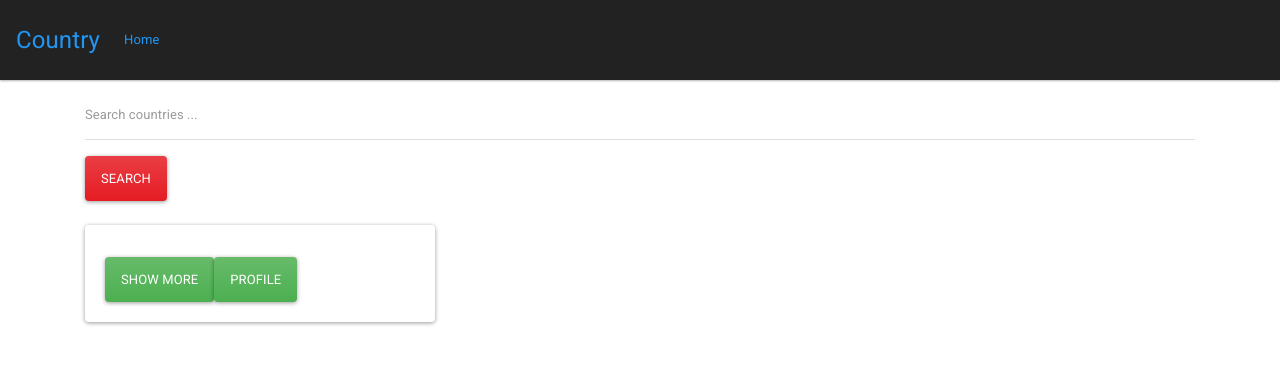
Repository: abdelhak-f/Countries_React
Page: / (app in client/)
These files come from the project's save history. The page is drawn as it stood at one moment and after the next save; the edit follows.
The browser window is 1280 px wide. The pictures show the whole page.
The page's requests for data from a server got no answer. The project was rebuilt for these pictures with package versions that can differ from the ones it lists, and the page was loaded fresh each time. No one was signed in, and anything a server would have sent is missing.

Above is the page before, as saved 2021-05-06 12:07:03.

After the next save:
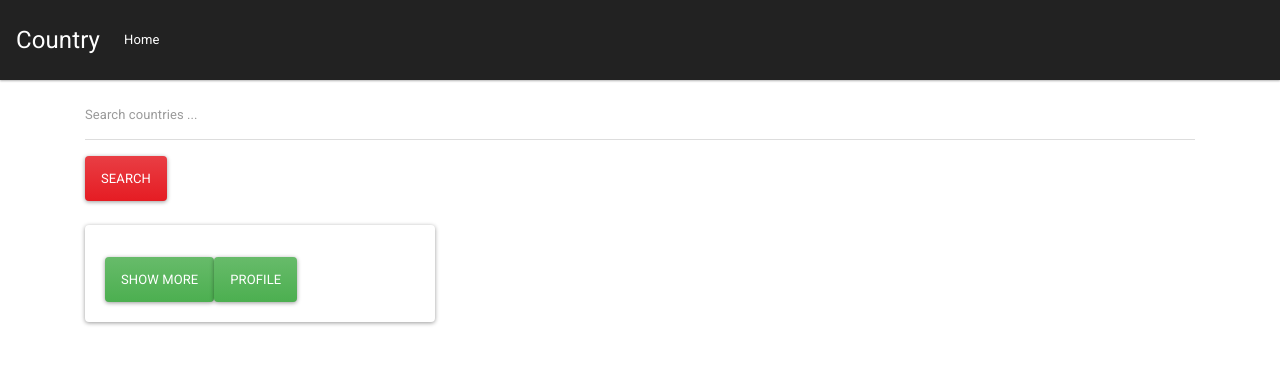
Saved 13 s later.
--- a/client/src/components/partials/Navbar.jsx
+++ b/client/src/components/partials/Navbar.jsx
@@ -3,7 +3,7 @@ import React from 'react';
 export default function Navbar() {
   return (
     <>
-    <nav className="navbar navbar-expand-sm  bg-dark">
+    <nav className="navbar navbar-expand-sm navbar-dark bg-dark">
         <a className="navbar-brand" href="#">Country</a>
         <button className="navbar-toggler d-lg-none" type="button" data-toggle="collapse" data-target="#collapsibleNavId" aria-controls="collapsibleNavId"
             aria-expanded="false" aria-label="Toggle navigation">
